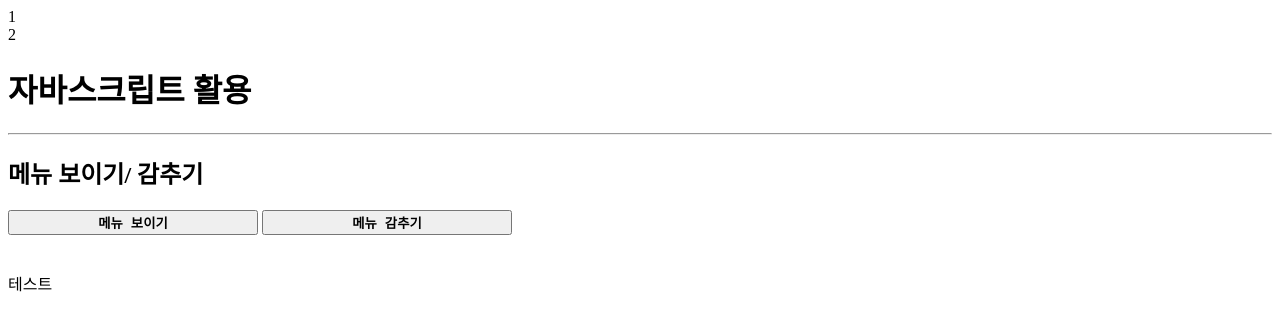
Repository: lolsoyeon/WebStudy
Page: WebApp03/WebContent/Test033.html
These files come from the project's save history. The page is drawn as it stood at one moment and after the next save; the edit follows.
The browser window is 1280 px wide. The pictures show the whole page.

Above is the page before, as saved 2022-10-06 07:21:37.

After the next save:
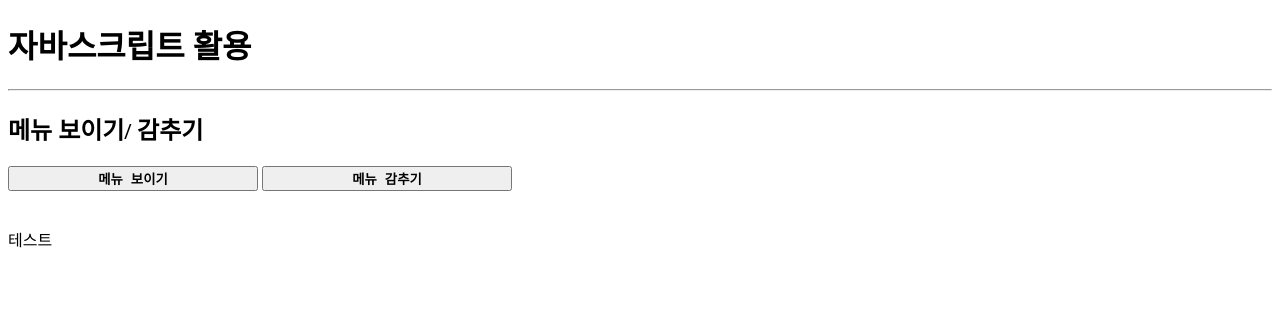
Saved 8 s later.
--- a/WebApp03/WebContent/Test033.html
+++ b/WebApp03/WebContent/Test033.html
@@ -55,8 +55,6 @@ input:focus {
 </head>
 <body>
 
-<div>1</div><div>2</div>
-
 
 <div>
 	<h1>자바스크립트 활용</h1>
